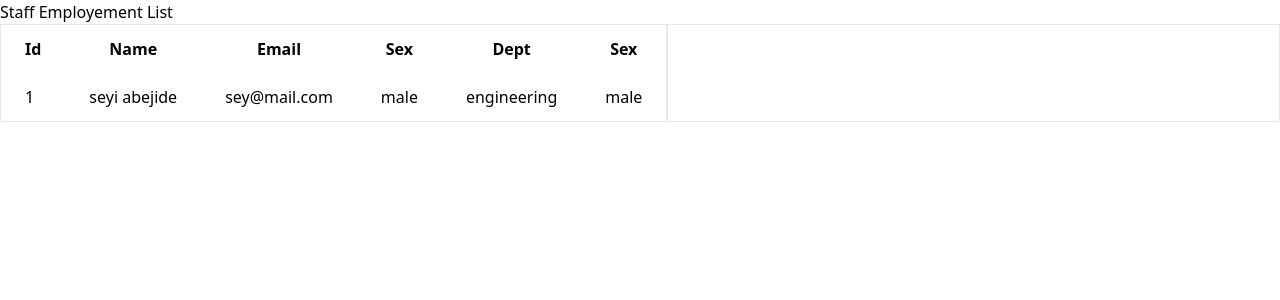
Repository: Semanmernstack/crud
Page: /
These files come from the project's save history. The page is drawn as it stood at one moment and after the next save; the edit follows.
The browser window is 1280 px wide. The pictures show the whole page.
The project was rebuilt for these pictures with package versions that can differ from the ones it lists, and the page was loaded fresh each time. Also part of the build but not shown: src/Details.js, src/Create.js, src/Edit.js.

Above is the page before, as saved 2022-12-23 03:26:43.

### src/App.js
import List from "./List";
import {
  BrowserRouter,
  Routes,
  Route,

} from "react-router-dom";
import Details from "./Details";
import Create from "./Create";
import Edit from "./Edit";



function App() {
  return (
    <div className="">
      <BrowserRouter>

      <Routes>
        <Route path="/" element={<List/>}> </Route>
        <Route path="/employee/create" element={<Create/>}> </Route>
        <Route path="/employee/details/:empid" element={<Details/>}> </Route>
        <Route path="/employee/edit/:empid" element={<Edit/>}> </Route>
      </Routes>
      </BrowserRouter>

    </div>
  );
}

export default App;

### src/List.js
import React from 'react'

function List() {
  return (
    <div className="overflow-x-auto w-full ">

        <p>Staff Employement List</p>


        <table className=" w-full border  " >
            <div className="">
            <thead>
                <tr className="border-r-2">
                    <th className=" py-3 px-6">Id</th>
                    <th className=" py-3 px-6">Name</th>
                    <th className=" py-3 px-6">Email</th>
                    <th className=" py-3 px-6">Sex</th>
                    <th className=" py-3 px-6">Dept</th>
                    <th className=" py-3 px-6">Sex</th>

                </tr>
            </thead>

            <tbody>
                <tr className="border-r-2">
                    <td className=" py-3 px-6">1</td>
                    <td className=" py-3 px-6" >seyi abejide</td>
                    <td className=" py-3 px-6">sey@mail.com</td>
                    <td className=" py-3 px-6">male</td>
                    <td className=" py-3 px-6">engineering</td>
                    <td className=" py-3 px-6">male</td>
                </tr>
            </tbody>
            </div>
        </table>


    </div>
  )
}

export default List

Loaded but not shown: public/index.html (common file); src/index.js (common file); src/index.css (common file); src/reportWebVitals.js (common file); tailwind.config.js (common file)

After the next save:
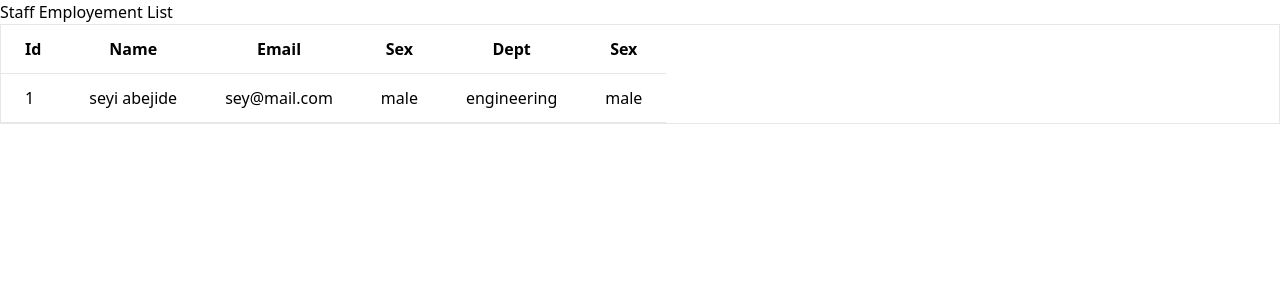
Saved 44 s later.
--- a/src/List.js
+++ b/src/List.js
@@ -10,7 +10,7 @@ function List() {
         <table className=" w-full border  " >
             <div className="">
             <thead>
-                <tr className="border-r-2">
+                <tr className="border-b">
                     <th className=" py-3 px-6">Id</th>
                     <th className=" py-3 px-6">Name</th>
                     <th className=" py-3 px-6">Email</th>
@@ -22,7 +22,7 @@ function List() {
             </thead>
 
             <tbody>
-                <tr className="border-r-2">
+                <tr className="border-b">
                     <td className=" py-3 px-6">1</td>
                     <td className=" py-3 px-6" >seyi abejide</td>
                     <td className=" py-3 px-6">sey@mail.com</td>
